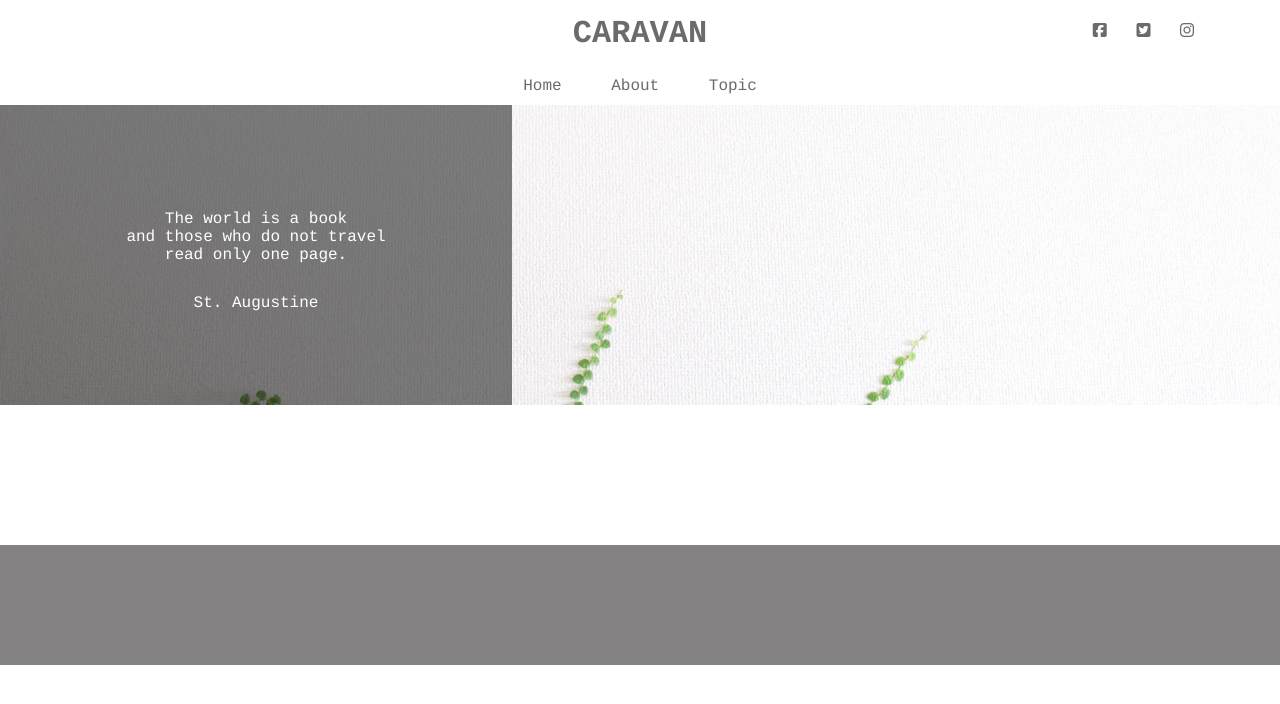
Repository: momopomi/htmlcss
Page: exercise/1-9.html
The author's editor kept a record of every edit. The page is drawn from the files as they stood at one moment, then again after the next edit.
The browser window is 1280 px wide. The pictures show the whole page.
Some web libraries are served in a nearby version.

Above is the page before.

### exercise/1-9.html
<!DOCTYPE html>
<html lang="ja">
  <head>
    <meta charset="UTF-8" />
    <script src="https://kit.fontawesome.com/fdb695ff91.js" crossorigin="anonymous"></script>
    <!-- CSSファイルの読み込み -->
    <link rel="stylesheet" href="style.css" />
    <title>CARAVAN</title>
  </head>

  <body>
    <!-- header -->
    <header>
      <h1 class="heading">
        <a href="index.html">CARAVAN</a>
      </h1>
      <div class="social">
        <i class="fab fa-facebook-square"></i>
        <i class="fab fa-twitter-square"></i>
        <i class="fab fa-instagram"></i>
      </div>
    </header>

    <!-- navigation -->
    <nav>
      <ul class="nav-list">
        <li class="nav-list-item">
          <a href="index.html">Home</a>
        </li>
        <li class="nav-list-item">About</li>
        <li class="nav-list-item">Topic</li>
      </ul>
    </nav>

    <!-- main-visual用のdiv -->
    <div class="main-visual">
      <div class="main-visual-content">
        <p class="main-visual-text">
          The world is a book<br />
          and those who do not travel<br />
          read only one page.
        </p>
        <p class="main-visual-name">
          St. Augustine
        </p>
      </div>
    </div>

    <!-- main用のdiv -->
    <main>

      </div>
    </main>

    <!-- footer -->
    <footer>
    </footer>
  </body>
</html>

### caravan/style.css
/* ブラウザがそれぞれ持っているCSSをリセットするための記述 */
* {
  margin: 0;
  padding: 0;
  box-sizing: border-box;
  color: #6c6b6b;
}

a {
  text-decoration: none;
}

header, nav, h2, .main-visual, footer {
  font-family: Chalkduster, "Bradley Hand", Courier, "Segoe Print", sans-serif;
}

header {
  width: 90%; /* 横幅90% */
  padding: 15px 0;
  margin: 0 auto;
  text-align: center;
  position: relative;
}

.social {
  position: absolute; /* headerの左上を基準に絶対位置で指定する */
  top: 22px; /* headerの左上から22px下側へ移動する */
  right: 22px; /* headerの右上から22px左側へ移動する */
}

.social i {
  display: inline-block;
  margin-left: 20px;
}

header .heading {
  /* headerタグ内のheadingクラスにのみ反映される */
  font-size: 32px;
}

.nav-list {
  text-align: center;
  padding: 10px 0;
  margin: 0 auto;
}

.nav-list-item {
  list-style: none;
  display: inline-block;
  margin: 0 20px;
}

.main-visual {
  width: 100%; /* 横幅いっぱい */
  height: 300px; /* 高さ300px */
  background-image: url(img/mv.jpg);
  background-size: cover; /* 縦横比を維持したまま背景領域を埋め尽くす */
  background-position: center; /* 背景画像を中央に配置 */
}

.main-visual-content {
  width: 40%; /* 横幅40% */
  height: 300px; /* 親の高さに揃える */
  background-color: rgba(0, 0, 0, 0.5); /* 背景色を半透明の黒にする */
  text-align: center; /* 文字を中央揃えにする */
  padding-top: 105px; /* 上側の内側余白で垂直方向の位置を調整 */
}

.main-visual-text {
  color: #fff; /* 文字色を白に変更 */
}

.main-visual-name {
  margin-top: 30px; /* 上側の外側の余白 */
  color: #fff; /* 文字色を白に変更 */
}

main {
  width: 800px; /* 横幅800px */
  display: flex; /* Flexboxの利用 */
  justify-content: center; /* 要素の横並び・中央寄せ */
  margin: 0 auto; /* 要素の中央揃え */
  padding: 70px 0; /* 上下に70px、左右に0pxの内側余白 */
}

.blog {
  width: 540px;
  margin-right: 30px; /* 領域の右側余白 */
}

.blog-heading {
  border-bottom: 8px solid #f7f7f7;
  text-align: center;
  line-height: 0.6;
}

.blog-box {
  padding-top: 50px;
}

.blog-item {
  padding-bottom: 20px;
  margin-bottom: 20px;
  border-bottom: 1px solid #f7f7f7;
  display: flex;
  justify-content: flex-start;
}

.blog-image {
  height: 180px;
}

.blog-text {
  padding: 25px 0 0 30px;
}

.blog-text-heading {
  padding-bottom: 15px;
}

.blog-date {
  font-size: 12px;
  display: inline-block;
}

.category {
  display: inline-block;
  padding: 5px 8px;
  background-color: #acabab;
  border-radius: 3px;
  color: #fff;
  font-size: 11px;
}

.pagination {
  text-align: center;
  padding-top: 50px;
}

.pagination p {
  display: inline-block;
  width: 30px;
  height: 30px;
  margin: 0 5px;
  color: #fff;
  background-color: #acabab;
  border-radius: 3px;
  line-height: 30px;
}

.sidebar {
  width: 230px;
}

.common-heading {
  border-bottom: 8px solid #f7f7f7;
  text-align: center;
  line-height: 0.6;
}

.sidebar-contents {
  padding: 50px 0;
}

.popular-text,
.categories-text {
  padding-bottom: 5px;
  border-bottom: 1px solid #f7f7f7;
  margin-bottom: 5px;
}

.popular-text:last-child,
.categories-text:last-child {
  margin: 0;
  padding: 0;
  border: none;
}

.instagram .sidebar-contents {
  display: flex;
  flex-wrap: wrap;
}

.instagram-box {
  width: 110px;
  padding-top: 110px;
  background-size: cover;
  background-position: center;
  margin-bottom: 10px;
}

.instagram-box:nth-child(odd) {
  margin: 0 10px 10px 0;
}

.instagram-box:nth-child(1) {
  background-image: url(img/airport.jpg);
}

.instagram-box:nth-child(2) {
  background-image: url(img/japan.jpg);
}

.instagram-box:nth-child(3) {
  background-image: url(img/snow.jpg);
}

.instagram-box:nth-child(4) {
  background-image: url(img/japan2.jpg);
}

.instagram-box:nth-child(5) {
  background-image: url(img/lake.jpg);
}

.instagram-box:nth-child(6) {
  background-image: url(img/road.jpg);
}

footer {
  width: 100%;
  height: 120px;
  text-align: center;
  line-height: 120px;
  background-color: #848282;
}

.footer-text {
  color: #fff;
}

After the next edit:
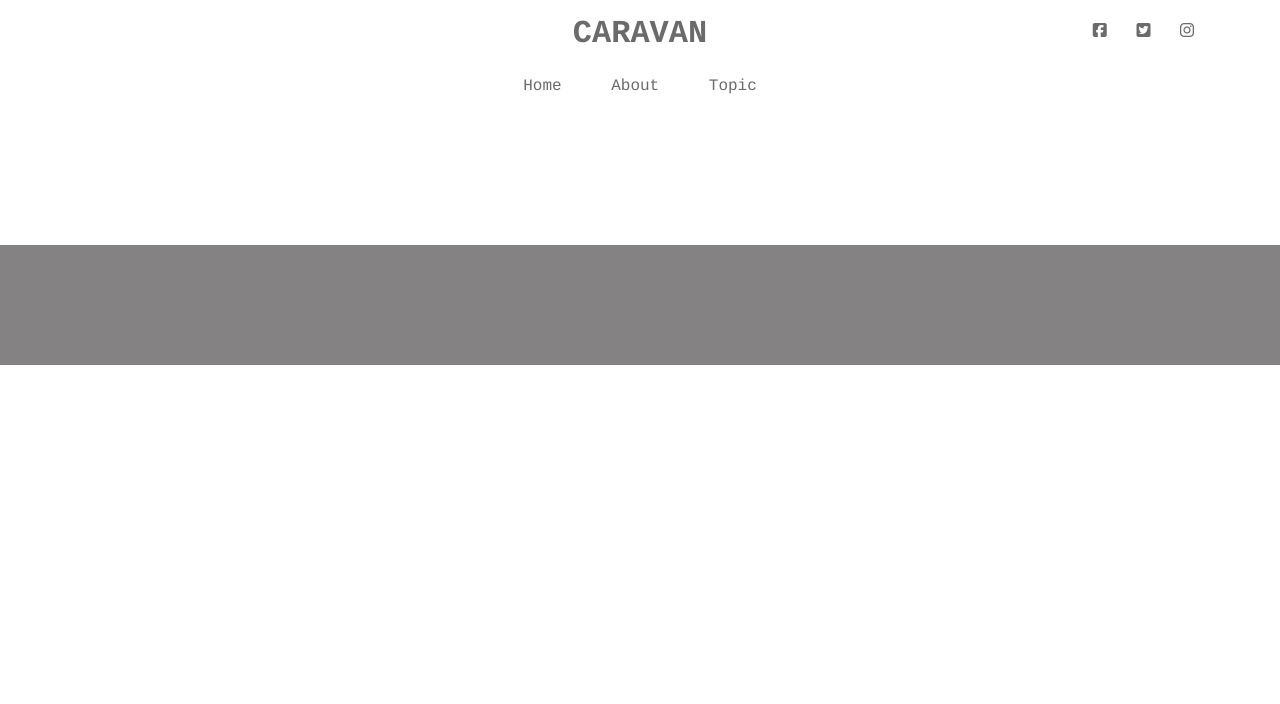
The edit:
--- a/exercise/1-9.html
+++ b/exercise/1-9.html
@@ -32,21 +32,9 @@
       </ul>
     </nav>
 
-    <!-- main-visual用のdiv -->
-    <div class="main-visual">
-      <div class="main-visual-content">
-        <p class="main-visual-text">
-          The world is a book<br />
-          and those who do not travel<br />
-          read only one page.
-        </p>
-        <p class="main-visual-name">
-          St. Augustine
-        </p>
-      </div>
-    </div>
 
-    <!-- main用のdiv -->
+
+
     <main>
 
       </div>
